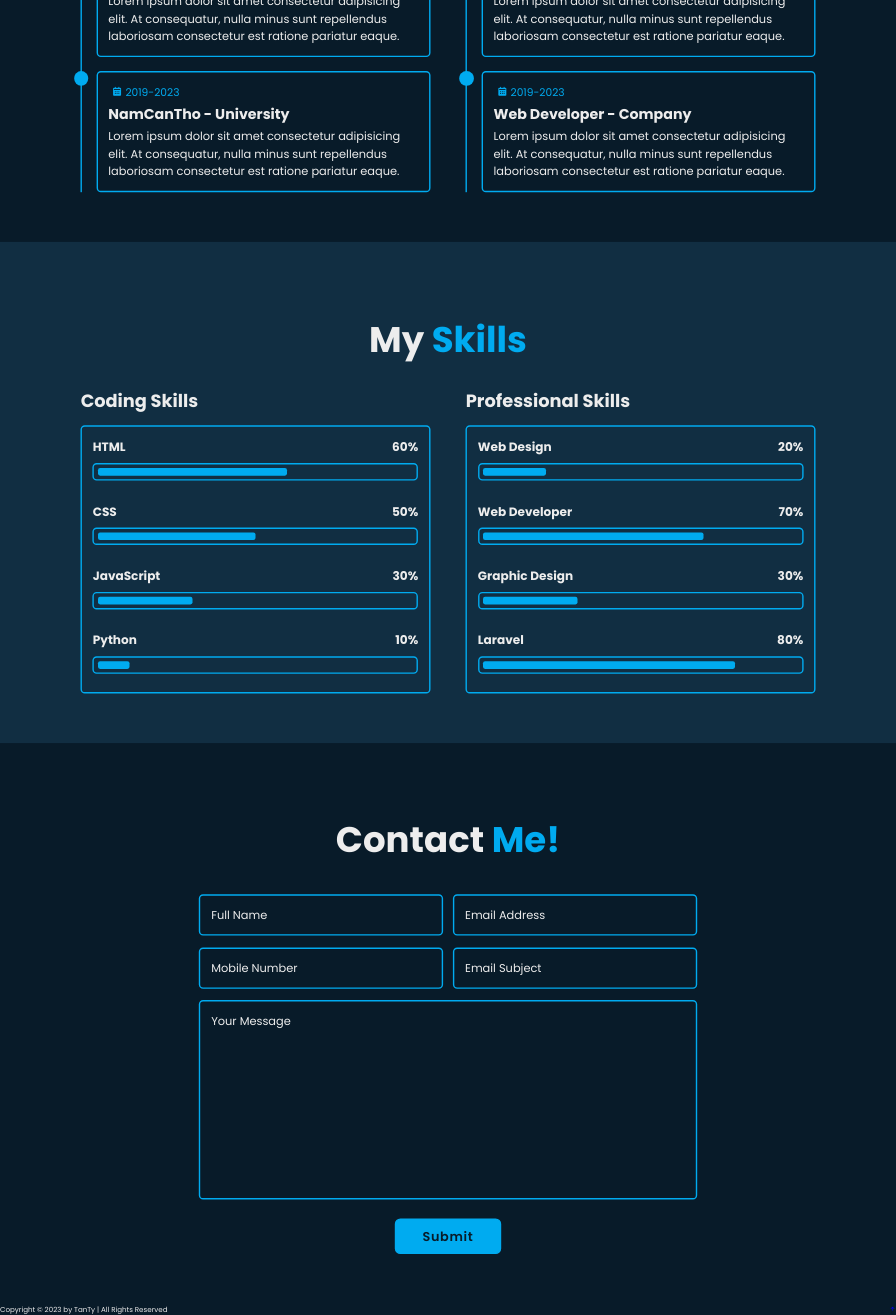
Repository: Tanty102/About_Me
Page: index.html
An editor plug-in stored every save of this project. The page is shown before and after a run of saves, followed by the edit.
The browser window is 1280 px wide. The pictures show the part of the page from y = 2071 to 3991 px (the page is 3950 px tall before and 3991 px after), at 70% of full size.

Above is the page before, as saved 2023-09-12 21:58:40.

### index.html
<!DOCTYPE html>
<html lang="en">
  <head>
    <meta charset="UTF-8" />
    <meta name="viewport" content="width=device-width, initial-scale=1.0" />
    <link rel="stylesheet" href="style.css" />
    <title>CV Snake</title>
  </head>

  <!-- box icons -->
  <link
    href="https://unpkg.com/boxicons@2.1.4/css/boxicons.min.css"
    rel="stylesheet" />
  <body>
    <!-- Header design -->
    <header class="header">
      <a href="#" class="logo">Snake.</a>

      <div class="bx bx-menu" id="menu-icon"></div>

      <nav class="navbar">
        <a href="#home" class="active">Home</a>
        <a href="#about">About</a>
        <a href="#education">Education</a>
        <a href="#skills">Skills</a>
        <a href="#contact">Contact</a>
      </nav>
    </header>

    <!-- Home section design -->
    <section class="home" id="home">
      <div class="home-content">
        <h1>Hi, I'm <span>Snake</span></h1>
        <div class="text-animate">
          <h3>FullStack developer</h3>
        </div>
        <p>
          Lorem ipsum dolor, sit amet consectetur adipisicing elit. Illum minus
          dolorem animi quaerat repellat vitae sint vero quidem dolor ab
          repudiandae temporibus, iure obcaecati culpa. Distinctio non laborum
          architecto tempore neque, doloribus maxime id temporibus provident
          veniam, consequatur soluta quibusdam. Quo, a aperiam eaque culpa
          excepturi corrupti quam hic mollitia provident est qui inventore
          fugit.
        </p>

        <div class="btn-box">
          <a href="#" class="btn">Hire Me</a>
          <a href="#" class="btn">Let's Talk</a>
        </div>
      </div>

      <div class="home-sci">
        <a href="#"><i class="bx bxl-facebook"></i></a>
        <a href="#"><i class="bx bxl-github"></i></a>
        <a href="#"><i class="bx bxl-gmail"></i></a>
      </div>

      <div class="home-imgHover"></div>
    </section>

    <!-- About section design -->
    <section class="about" id="about">
      <h2 class="heading">About <span>Me</span></h2>

      <div class="about-img">
        <img src="image/about.jpg" alt="" />
        <span class="circle-spin"></span>
      </div>

      <div class="about-content">
        <h3>Frontend Developer!</h3>
        <p>
          Lorem ipsum dolor, sit amet consectetur adipisicing elit. Doloribus
          distinctio explicabo obcaecati expedita ut sequi reiciendis ipsum
          voluptatem error similique. Eius blanditiis suscipit consectetur harum
          culpa cumque exercitationem maxime qui dicta, officia quos. Harum
          aliquid fuga impedit aperiam, similique cum, officia exercitationem,
          iusto ratione quisquam vel accusamus consequatur id repellendus.
        </p>

        <div class="btn-box btns">
          <a href="#" class="btn">Read More</a>
        </div>
      </div>
    </section>

    <!-- Education section design -->
    <section class="education" id="education">
      <h2 class="heading">My <span>Journey</span></h2>

      <div class="education-row">
        <div class="education-column">
          <h3 class="title">Education</h3>

          <div class="education-box">
            <div class="education-content">
              <div class="content">
                <div class="year">
                  <i class="bx bxs-calendar"></i> 2019-2023
                </div>
                <h3>NamCanTho - University</h3>
                <p>
                  Lorem ipsum dolor sit amet consectetur adipisicing elit. At
                  consequatur, nulla minus sunt repellendus laboriosam
                  consectetur est ratione pariatur eaque.
                </p>
              </div>
            </div>

            <div class="education-content">
              <div class="content">
                <div class="year">
                  <i class="bx bxs-calendar"></i> 2019-2023
                </div>
                <h3>NamCanTho - University</h3>
                <p>
                  Lorem ipsum dolor sit amet consectetur adipisicing elit. At
                  consequatur, nulla minus sunt repellendus laboriosam
                  consectetur est ratione pariatur eaque.
                </p>
              </div>
            </div>

            <div class="education-content">
              <div class="content">
                <div class="year">
                  <i class="bx bxs-calendar"></i> 2019-2023
                </div>
                <h3>NamCanTho - University</h3>
                <p>
                  Lorem ipsum dolor sit amet consectetur adipisicing elit. At
                  consequatur, nulla minus sunt repellendus laboriosam
                  consectetur est ratione pariatur eaque.
                </p>
              </div>
            </div>
          </div>
        </div>

        <div class="education-column">
          <h3 class="title">Experience</h3>

          <div class="education-box">
            <div class="education-content">
              <div class="content">
                <div class="year">
                  <i class="bx bxs-calendar"></i> 2019-2023
                </div>
                <h3>Web Developer - Company</h3>
                <p>
                  Lorem ipsum dolor sit amet consectetur adipisicing elit. At
                  consequatur, nulla minus sunt repellendus laboriosam
                  consectetur est ratione pariatur eaque.
                </p>
              </div>
            </div>

            <div class="education-content">
              <div class="content">
                <div class="year">
                  <i class="bx bxs-calendar"></i> 2019-2023
                </div>
                <h3>Web Developer - Company</h3>
                <p>
                  Lorem ipsum dolor sit amet consectetur adipisicing elit. At
                  consequatur, nulla minus sunt repellendus laboriosam
                  consectetur est ratione pariatur eaque.
                </p>
              </div>
            </div>

            <div class="education-content">
              <div class="content">
                <div class="year">
                  <i class="bx bxs-calendar"></i> 2019-2023
                </div>
                <h3>Web Developer - Company</h3>
                <p>
                  Lorem ipsum dolor sit amet consectetur adipisicing elit. At
                  consequatur, nulla minus sunt repellendus laboriosam
                  consectetur est ratione pariatur eaque.
                </p>
              </div>
            </div>
          </div>
        </div>
      </div>
    </section>

    <!-- Skills section design -->
    <section class="skills" id="skills">
      <h2 class="heading">My <span>Skills</span></h2>

      <div class="skills-row">
        <div class="skills-column">
          <h3 class="title">Coding Skills</h3>

          <div class="skills-box">
            <div class="skills-content">
              <div class="progress">
                <h3>HTML <span>60%</span></h3>
                <div class="bar"><span></span></div>
              </div>

              <div class="progress">
                <h3>CSS <span>50%</span></h3>
                <div class="bar"><span></span></div>
              </div>

              <div class="progress">
                <h3>JavaScript <span>30%</span></h3>
                <div class="bar"><span></span></div>
              </div>

              <div class="progress">
                <h3>Python <span>10%</span></h3>
                <div class="bar"><span></span></div>
              </div>
            </div>
          </div>
        </div>

        <div class="skills-column">
          <h3 class="title">Professional Skills</h3>

          <div class="skills-box">
            <div class="skills-content">
              <div class="progress">
                <h3>Web Design <span>20%</span></h3>
                <div class="bar"><span></span></div>
              </div>

              <div class="progress">
                <h3>Web Developer <span>70%</span></h3>
                <div class="bar"><span></span></div>
              </div>

              <div class="progress">
                <h3>Graphic Design <span>30%</span></h3>
                <div class="bar"><span></span></div>
              </div>

              <div class="progress">
                <h3>Laravel <span>80%</span></h3>
                <div class="bar"><span></span></div>
              </div>
            </div>
          </div>
        </div>
      </div>
    </section>

    <!-- Contact section design -->
    <section class="contact" id="contact">
      <h2 class="heading">Contact <span>Me!</span></h2>

      <form action="#">
        <div class="input-box">
          <div class="input-field">
            <input type="text" placeholder="Full Name" required />
            <span class="focus"></span>
          </div>
          <div class="input-field">
            <input type="text" placeholder="Email Address" required />
            <span class="focus"></span>
          </div>
        </div>

        <div class="input-box">
          <div class="input-field">
            <input type="number" placeholder="Mobile Number" required />
            <span class="focus"></span>
          </div>
          <div class="input-field">
            <input type="text" placeholder="Email Subject" required />
            <span class="focus"></span>
          </div>
        </div>

        <div class="textarea-field">
          <textarea
            name=""
            id=""
            cols="30"
            rows="10"
            placeholder="Your Message"
            required></textarea>
          <span class="focus"></span>
        </div>

        <div class="btn-box btns">
          <button type="submit" class="btn">Submit</button>
        </div>
      </form>
    </section>

    <!-- Footer design -->
    <footer class="footer">
      <div class="footer-text">
        <p>Copyright &copy; 2023 by TanTy | All Rights Reserved</p>
      </div>

      <div class="footer-iconTop">
        <a href="#"><i class='bx bx-up-arrow-alt'></i></a>
      </div>
    </footer>

    <script src="main.js"></script>
  </body>
</html>

### style.css
@import url("https://fonts.googleapis.com/css2?family=Poppins:wght@300;400;500;600;700;800;900&display=swap");

* {
  margin: 0;
  padding: 0;
  box-sizing: border-box;
  text-decoration: none;
  border: none;
  outline: none;
  scroll-behavior: smooth;
  font-family: "Poppins", sans-serif;
}

:root {
  --bg-color: #081b29;
  --second-bg-color: #112e42;
  --text-color: #ededed;
  --main-color: #00abf0;
}

html {
  font-size: 63.5%;
  overflow-x: hidden;
}

body {
  background: var(--bg-color);
  color: var(--text-color);
}

.header {
  position: fixed;
  top: 0;
  left: 0;
  width: 100%;
  padding: 2rem 9%;
  background: transparent;
  display: flex;
  justify-content: space-between;
  align-items: center;
  z-index: 100;
}

.logo {
  font-size: 2.5rem;
  color: var(--text-color);
  font-weight: 600;
}

.navbar a {
  font-size: 1.7rem;
  color: var(--text-color);
  font-weight: 500;
  margin-left: 3.5rem;
  transition: 0.3s;
}

.navbar a:hover,
.navbar a.active {
  color: var(--main-color);
}

#menu-icon {
  font-size: 3.6rem;
  color: var(--text-color);
  cursor: pointer;
  display: none;
}

section {
  min-height: 100vh;
  padding: 10rem 9% 2rem;
}

.home {
  display: flex;
  align-items: center;
  padding: 0 9%;
  background: url("/image/home.jpg") no-repeat;
  background-size: cover;
  background-position: center;
}

.home-content {
  max-width: 60rem;
}

.home-content h1 {
  font-size: 5.6rem;
  font-weight: 700;
  line-height: 1.3;
}

.home-content .text-animate {
  position: relative;
  width: 32.8rem;
}

.home-content .text-animate h3 {
  font-size: 3.2rem;
  font-weight: 700;
  color: transparent;
  -webkit-text-stroke: 0.7px var(--main-color);
}

.home-content p {
  font-size: 1.6rem;
  margin: 2rem 0 4rem;
}

.btn-box {
  position: relative;
  display: flex;
  justify-content: space-between;
  width: 34.5rem;
  height: 5rem;
}
.btn-box .btn {
  position: relative;
  display: inline-flex;
  justify-content: center;
  align-items: center;
  width: 15rem;
  height: 100%;
  background: var(--main-color);
  border: 0.2rem solid var(--main-color);
  border-radius: 0.8rem;
  font-size: 1.8rem;
  font-weight: 600;
  letter-spacing: 0.1rem;
  color: var(--bg-color);
  z-index: 1;
  overflow: hidden;
  transition: 0.5s;
}

.btn-box .btn:hover {
  color: var(--main-color);
}

.btn-box .btn:nth-child(2) {
  background: transparent;
  color: var(--main-color);
}

.btn-box .btn:nth-child(2):hover {
  color: var(--bg-color);
}

.btn-box .btn:nth-child(2)::before {
  background: var(--main-color);
}

.btn-box .btn::before {
  content: "";
  position: absolute;
  top: 0;
  left: 0;
  width: 0;
  height: 100%;
  background: var(--bg-color);
  z-index: -1;
  transition: 0.5s;
}

.btn-box .btn:hover::before {
  width: 100%;
}

.home-sci {
  position: absolute;
  bottom: 4rem;
  width: 170px;
  display: flex;
  justify-content: space-between;
}

.home-sci a {
  position: relative;
  display: inline-flex;
  justify-content: center;
  align-items: center;
  width: 40px;
  height: 40px;
  background: transparent;
  border: 0.2rem solid var(--main-color);
  border-radius: 50%;
  font-size: 20px;
  color: var(--main-color);
  z-index: 1;
  overflow: hidden;
  transition: 0.5s;
}

.home-sci a:hover {
  color: var(--bg-color);
}

.home-sci a::before {
  content: "";
  position: absolute;
  top: 0;
  left: 0;
  width: 0;
  height: 100%;
  background: var(--main-color);
  z-index: -1;
  transition: 0.5s;
}

.home-sci a:hover::before {
  width: 100%;
}

.home-imgHover {
  position: absolute;
  top: 0;
  right: 0;
  width: 45%;
  height: 100%;
  background: transparent;
  transition: 3s;
}

.home-imgHover:hover {
  background: var(--bg-color);
  opacity: 0.8;
}

.about {
  display: flex;
  justify-content: center;
  align-items: center;
  flex-direction: column;
  gap: 2rem;
  background: var(--second-bg-color);
  padding-bottom: 6rem;
}

.heading {
  font-size: 5rem;
  margin-bottom: 3rem;
  text-align: center;
}
span {
  color: var(--main-color);
}

.about-img {
  position: relative;
  width: 25rem;
  height: 25rem;
  border-radius: 50%;
  display: flex;
  justify-content: center;
  align-items: center;
}

.about-img img {
  width: 90%;
  border-radius: 50%;
  border: 0.2rem solid var(--main-color);
}

.about-img .circle-spin {
  position: absolute;
  top: 50%;
  left: 50%;
  transform: translate(-50%, -50%) rotate(0);
  width: 100%;
  height: 100%;
  border-radius: 50%;
  border-top: 0.2rem solid var(--second-bg-color);
  border-bottom: 0.2rem solid var(--second-bg-color);
  border-left: 0.2rem solid var(--main-color);
  border-right: 0.2rem solid var(--main-color);
}

.about-content {
  text-align: center;
}

.about-content h3 {
  font-size: 2.6rem;
}

.about-content p {
  font-size: 1.6rem;
  margin: 2rem 0 3rem;
}

.btn-box.btns {
  display: inline-block;
  width: 15rem;
}

.btn-box.btns a::before {
  background: var(--second-bg-color);
}

.education {
  display: flex;
  justify-content: center;
  align-items: center;
  flex-direction: column;
  min-height: auto;
  padding-bottom: 5rem;
}

.education .education-row {
  display: flex;
  flex-wrap: wrap;
  gap: 5rem;
}

.education-row .education-column {
  flex: 1 1 40rem;
}

.education-column .title {
  font-size: 2.5rem;
  margin: 0 0 1.5rem 2rem;
}

.education-column .education-box {
  border-left: 0.2rem solid var(--main-color);
}

.education-box .education-content {
  position: relative;
  padding-left: 2rem;
}

.education-box .education-content::before {
  content: "";
  position: absolute;
  top: 0;
  left: -1.1rem;
  width: 2rem;
  height: 2rem;
  background: var(--main-color);
  border-radius: 50%;
}

.education-content .content {
  position: relative;
  padding: 1.5rem;
  border: 0.2rem solid var(--main-color);
  border-radius: 0.6rem;
  margin-bottom: 2rem;
  overflow: hidden;
}

.education-content .content::before {
  content: "";
  position: absolute;
  top: 0;
  left: 0;
  width: 0;
  height: 100%;
  background: var(--second-bg-color);
  z-index: -1;
  transition: 0.5s;
}

.education-content .content:hover::before {
  width: 100%;
}

.education-content .content .year {
  font-size: 1.5rem;
  color: var(--main-color);
  padding-bottom: 0.5rem;
}

.education-content .content .year i {
  padding-left: 0.5rem;
}

.education-content .content h3 {
  font-size: 2rem;
}

.education-content .content p {
  font-size: 1.6rem;
  padding-top: 0.5rem;
}

.skills {
  min-height: auto;
  padding-bottom: 7rem;
  background: var(--second-bg-color);
}

.skills .skills-row {
  display: flex;
  flex-wrap: wrap;
  gap: 5rem;
}

.skills-row .skills-column {
  flex: 1 1 40rem;
}

.skills-column .title {
  font-size: 2.5rem;
  margin: 0 0 1.5rem;
}

.skills-box .skills-content {
  position: relative;
  border: 0.2rem solid var(--main-color);
  border-radius: 0.6rem;
  padding: 0.5rem 1.5rem;
  z-index: 1;
  overflow: hidden;
}

.skills-box .skills-content::before {
  content: "";
  position: absolute;
  top: 0;
  left: 0;
  width: 0;
  height: 100%;
  background: var(--bg-color);
  z-index: -1;
  transition: 0.5s;
}

.skills-box .skills-content:hover::before {
  width: 100%;
}

.skills-content .progress {
  padding: 1rem 0;
}

.skills-content .progress h3 {
  font-size: 1.7rem;
  display: flex;
  justify-content: space-between;
}

.skills-content .progress h3 span {
  color: var(--text-color);
}

.skills-content .progress .bar {
  height: 2.5rem;
  border-radius: 0.6rem;
  border: 0.2rem solid var(--main-color);
  padding: 0.5rem;
  margin: 1rem 0;
}

.skills-content .progress .bar span {
  display: block;
  height: 100%;
  border-radius: 0.3rem;
  background: var(--main-color);
}

.skills-column:nth-child(1) .skills-content .progress:nth-child(1) .bar span {
  width: 60%;
}

.skills-column:nth-child(1) .skills-content .progress:nth-child(2) .bar span {
  width: 50%;
}

.skills-column:nth-child(1) .skills-content .progress:nth-child(3) .bar span {
  width: 30%;
}

.skills-column:nth-child(1) .skills-content .progress:nth-child(4) .bar span {
  width: 10%;
}

.skills-column:nth-child(2) .skills-content .progress:nth-child(1) .bar span {
  width: 20%;
}

.skills-column:nth-child(2) .skills-content .progress:nth-child(2) .bar span {
  width: 70%;
}

.skills-column:nth-child(2) .skills-content .progress:nth-child(3) .bar span {
  width: 30%;
}

.skills-column:nth-child(2) .skills-content .progress:nth-child(4) .bar span {
  width: 80%;
}

.contact {
  min-height: auto;
  padding-bottom: 7rem;
}

.contact form {
  max-width: 70rem;
  margin: 0 auto;
  text-align: center;
}

.contact form .input-box {
  position: relative;
  display: flex;
  justify-content: space-between;
  flex-wrap: wrap;
}

.contact form .input-box .input-field {
  position: relative;
  width: 49%;
  margin: 0.8rem 0;
}

.contact form .input-box .input-field input,
.contact form .textarea-field textarea {
  width: 100%;
  height: 100%;
  padding: 1.5rem;
  font-size: 1.6rem;
  color: var(--text-color);
  background: transparent;
  border-radius: 0.6rem;
  border: 0.2rem solid var(--main-color);
}

.contact form .input-box .input-field input::placeholder,
.contact form .textarea-field textarea::placeholder {
  color: var(--text-color);
}

.contact form .focus {
  position: absolute;
  top: 0;
  left: 0;
  width: 0;
  height: 100%;
  background: var(--second-bg-color);
  border-radius: 0.6rem;
  z-index: -1;
  transition: 0.5s;
}

.contact form .input-box .input-field input:focus ~ .focus,
.contact form .input-box .input-field input:valid ~ .focus,
.contact form .textarea-field textarea:focus ~ .focus,
.contact form .textarea-field textarea:valid ~ .focus {
  width: 100%;
}

.contact form .textarea-field {
  position: relative;
  margin: 0.8rem 0 2.7rem;
  display: flex;
}

.contact form .textarea-field textarea {
  resize: none;
}

.contact form .btn-box.btns .btn {
  cursor: pointer;
}

.footer {
  display: flex;
  justify-content: space-between;
  align-items: center;
  flex-wrap: wrap;
  padding: ;
}

Loaded but not shown: main.js (no copy from this time; the picture is the same without it)

After the next 9 saves:
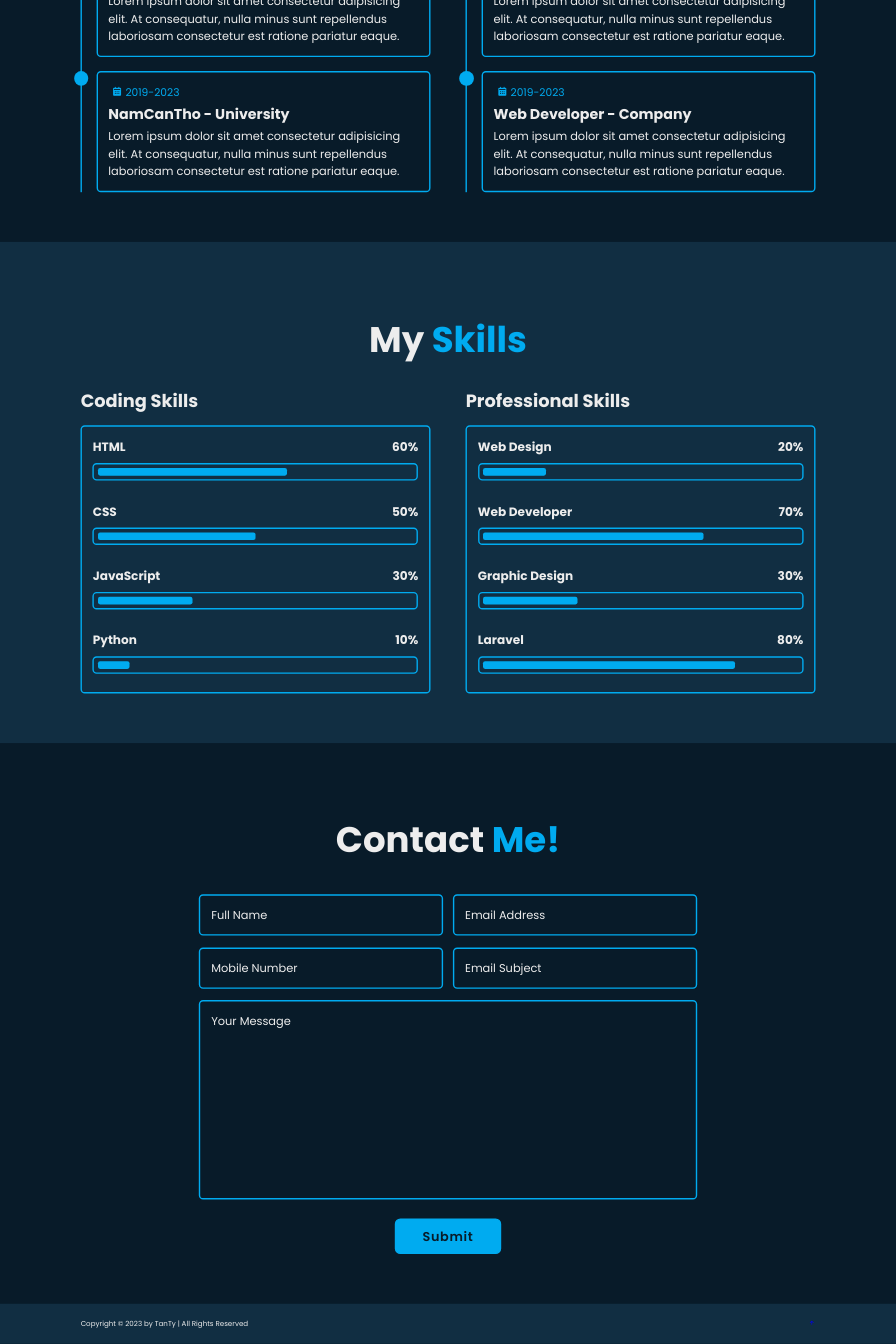
The 9 saves are shown as one change because they came seconds apart.
The last was saved 24 s later.
--- a/style.css
+++ b/style.css
@@ -572,5 +572,10 @@ span {
   justify-content: space-between;
   align-items: center;
   flex-wrap: wrap;
-  padding: ;
-}
+  padding: 2rem 9%;
+  background: var(--second-bg-color);
+}
+
+.footer-text p {
+  fs
+}
